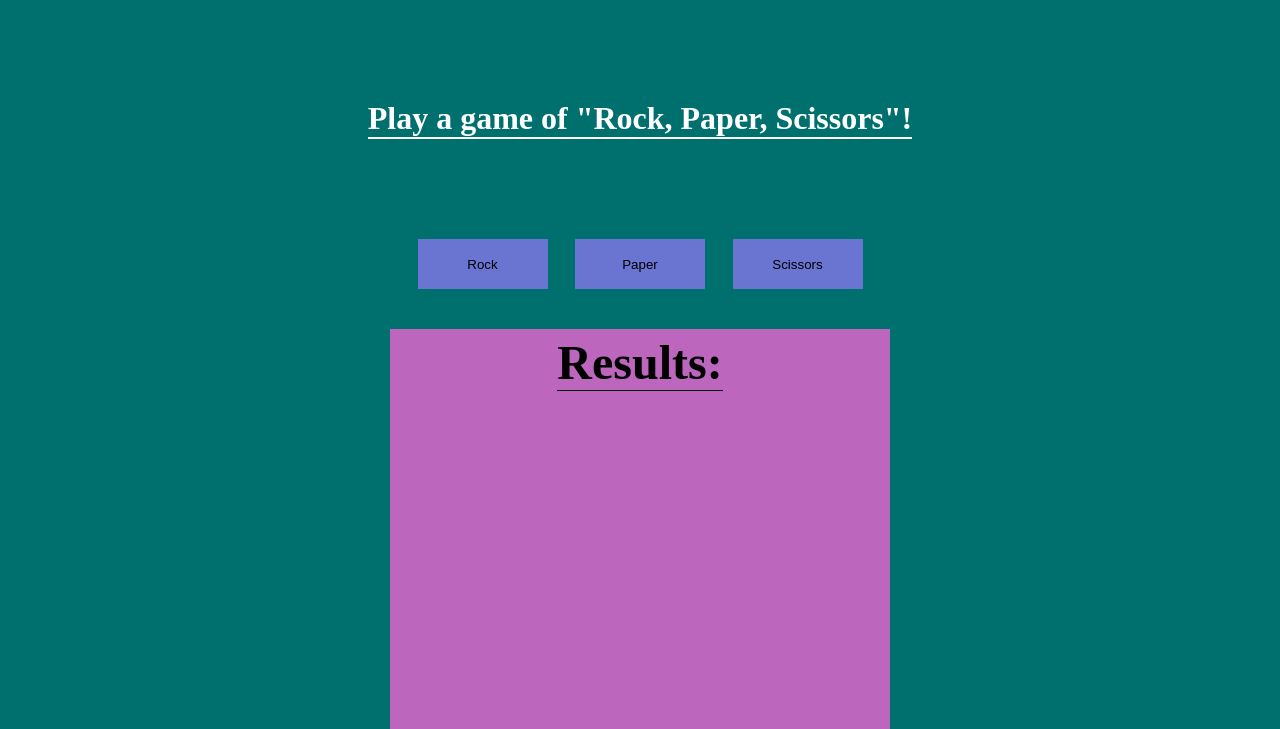
Repository: Pafestivo/rock-paper-scissors
Page: index.html
These files come from the project's save history. The page is drawn as it stood at one moment and after the next save; the edit follows.
The browser window is 1280 px wide. The pictures show the whole page.

Above is the page before, as saved 2022-10-14 14:40:04.

After the next save:
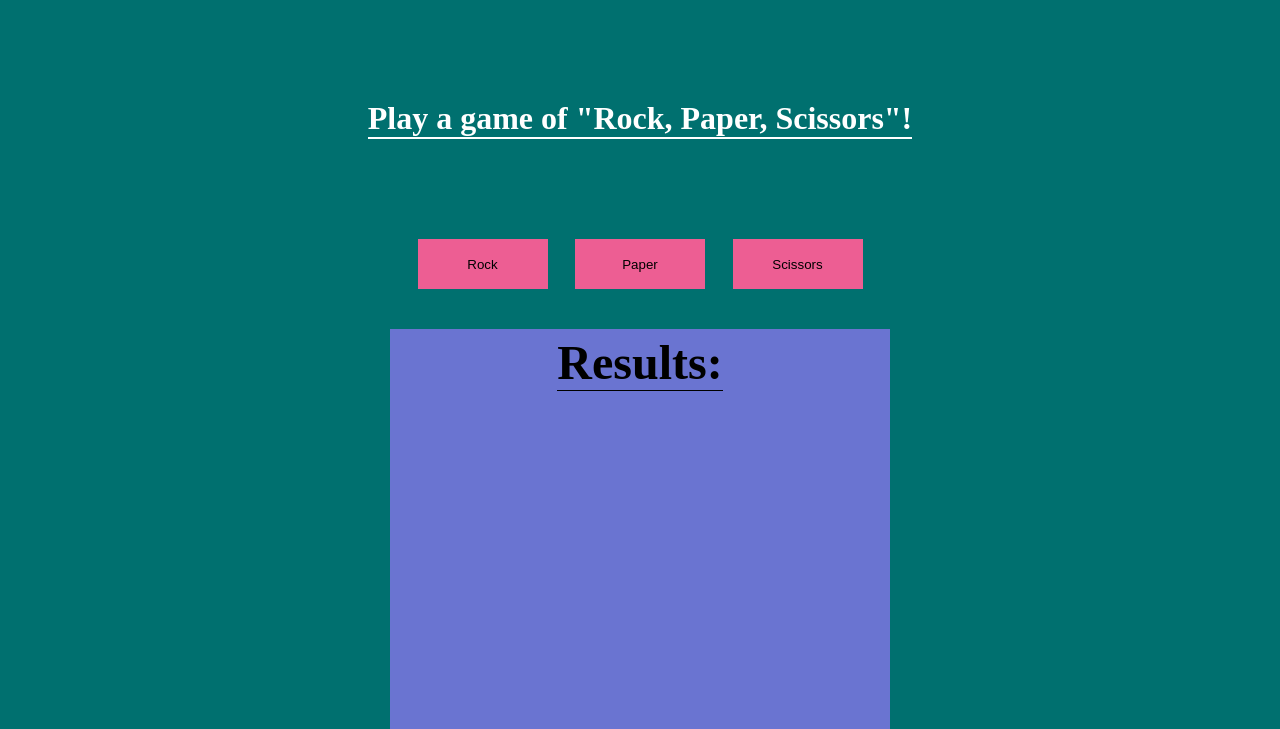
Saved 9 s later.
--- a/styles.css
+++ b/styles.css
@@ -26,7 +26,7 @@ header {
 button {
   width: 130px;
   height: 50px;
-  background-color: #6A74D1;
+  background-color: #ED5E93;
   border: none;
 }
 
@@ -35,7 +35,7 @@ button {
   width: 500px;
   height: 400px;
   padding: 1px;
-  background-color: #BD66BD;
+  background-color: #6A74D1;
 }
 
 #results-header {
